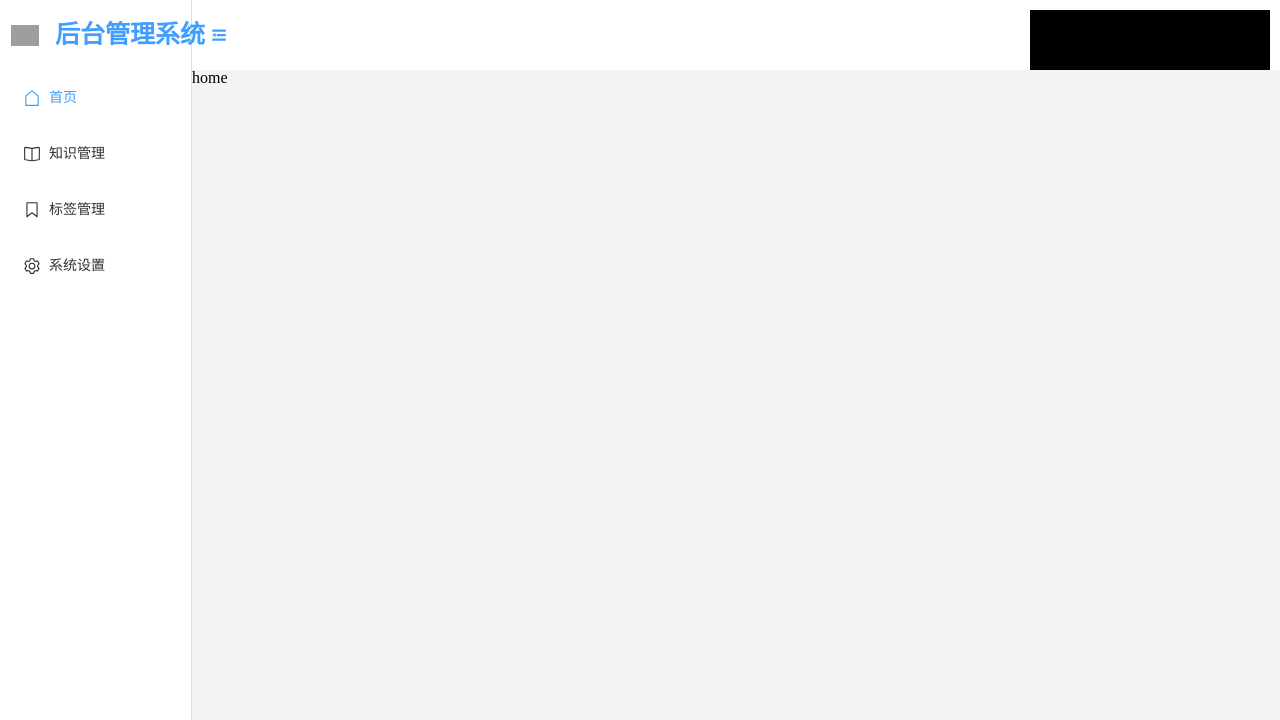
Repository: serrrN/admin
Page: /
These files come from the project's save history. The page is drawn as it stood at one moment and after the next save; the edit follows.
The browser window is 1280 px wide. The pictures show the whole page.
Pictures or frames that could not be fetched are drawn as grey boxes. The project was rebuilt for these pictures with package versions that can differ from the ones it lists, and the page was loaded fresh each time. Also part of the build but not shown: vite.config.ts, src/styles/index.scss.

Above is the page before, as saved 2024-06-05 17:12:46.

After the next save:
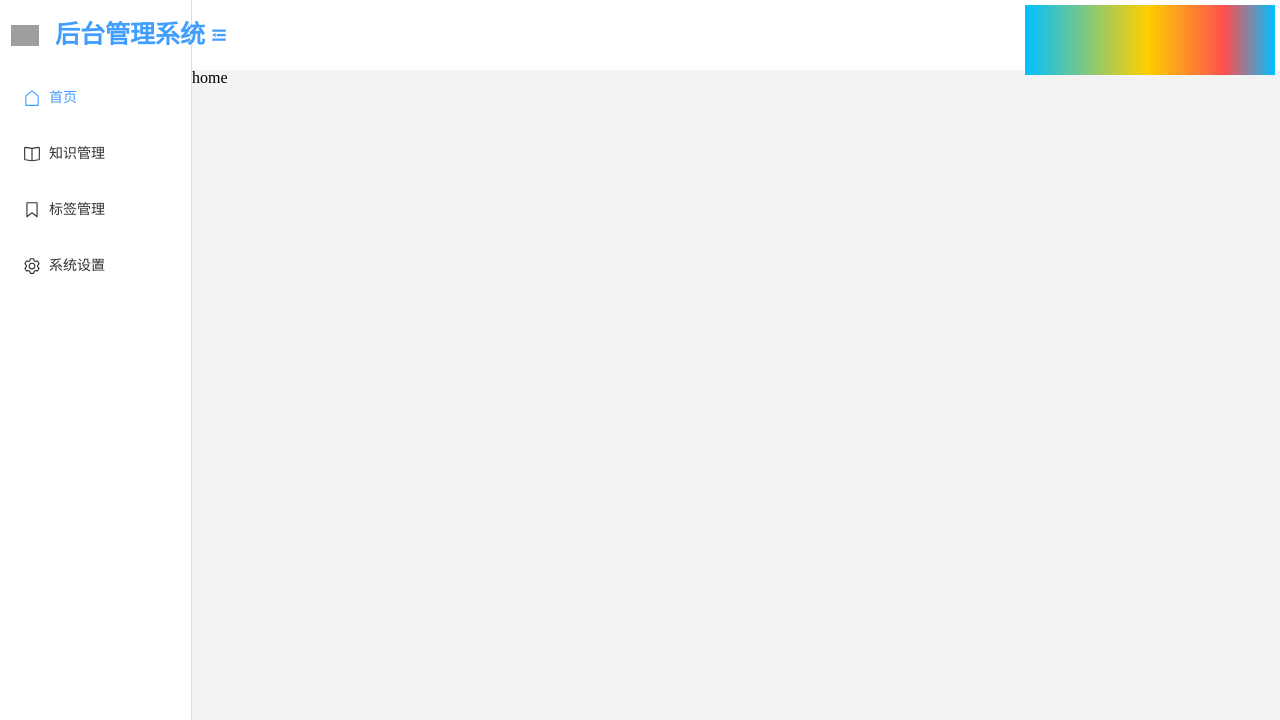
Saved 4 min 55 s later.
--- a/src/layout/header/menu/index.vue
+++ b/src/layout/header/menu/index.vue
@@ -32,11 +32,11 @@
     top: -5px; /* 向上移动5px */
     left: -5px; /* 向左移动5px */
     z-index: -1; /* 低于.header-menu的z-index */
-    visibility: hidden; /* 默认隐藏 */
+     /* 默认隐藏 */
   }
 
   &:hover::before {
-    visibility: visible; /* 悬停时显示 */
+      /* 悬停时显示 */
   }
 }
 

After the save that followed:
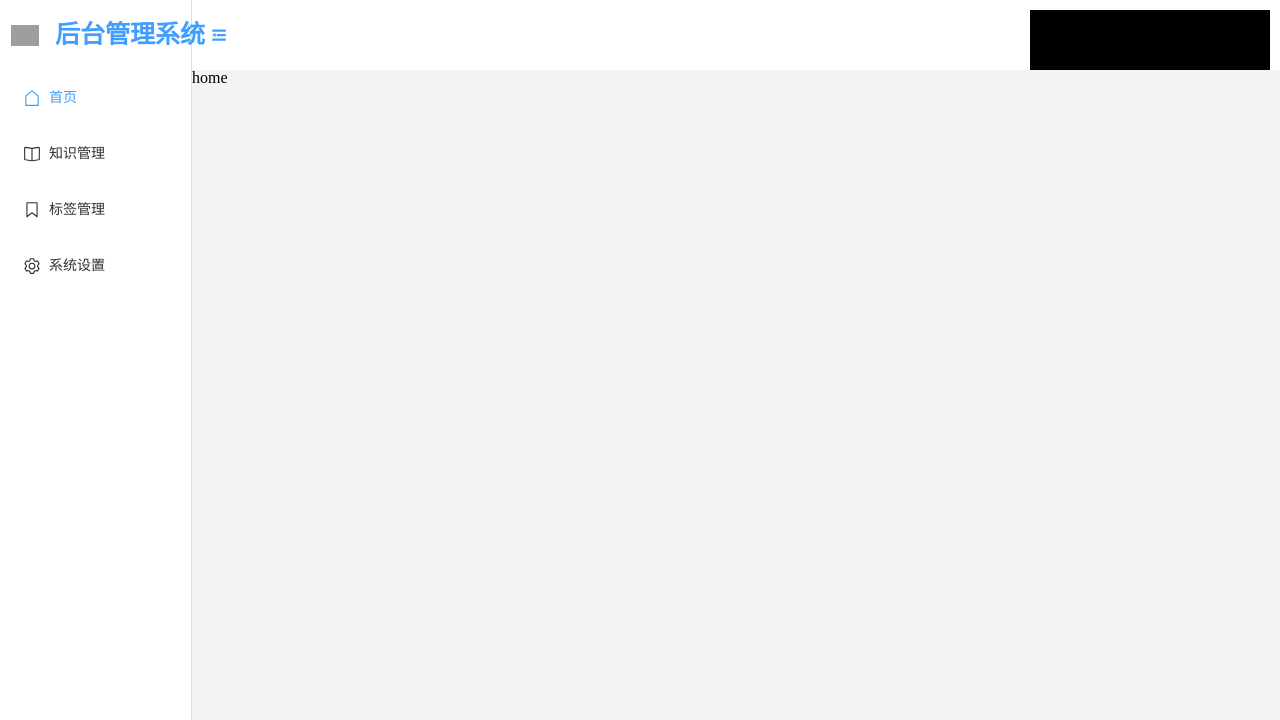
Saved 9 s later.
--- a/src/layout/header/menu/index.vue
+++ b/src/layout/header/menu/index.vue
@@ -32,11 +32,11 @@
     top: -5px; /* 向上移动5px */
     left: -5px; /* 向左移动5px */
     z-index: -1; /* 低于.header-menu的z-index */
-     /* 默认隐藏 */
+    visibility: hidden; /* 默认隐藏 */
   }
 
   &:hover::before {
-      /* 悬停时显示 */
+    visibility: visible; /* 悬停时显示 */
   }
 }
 
